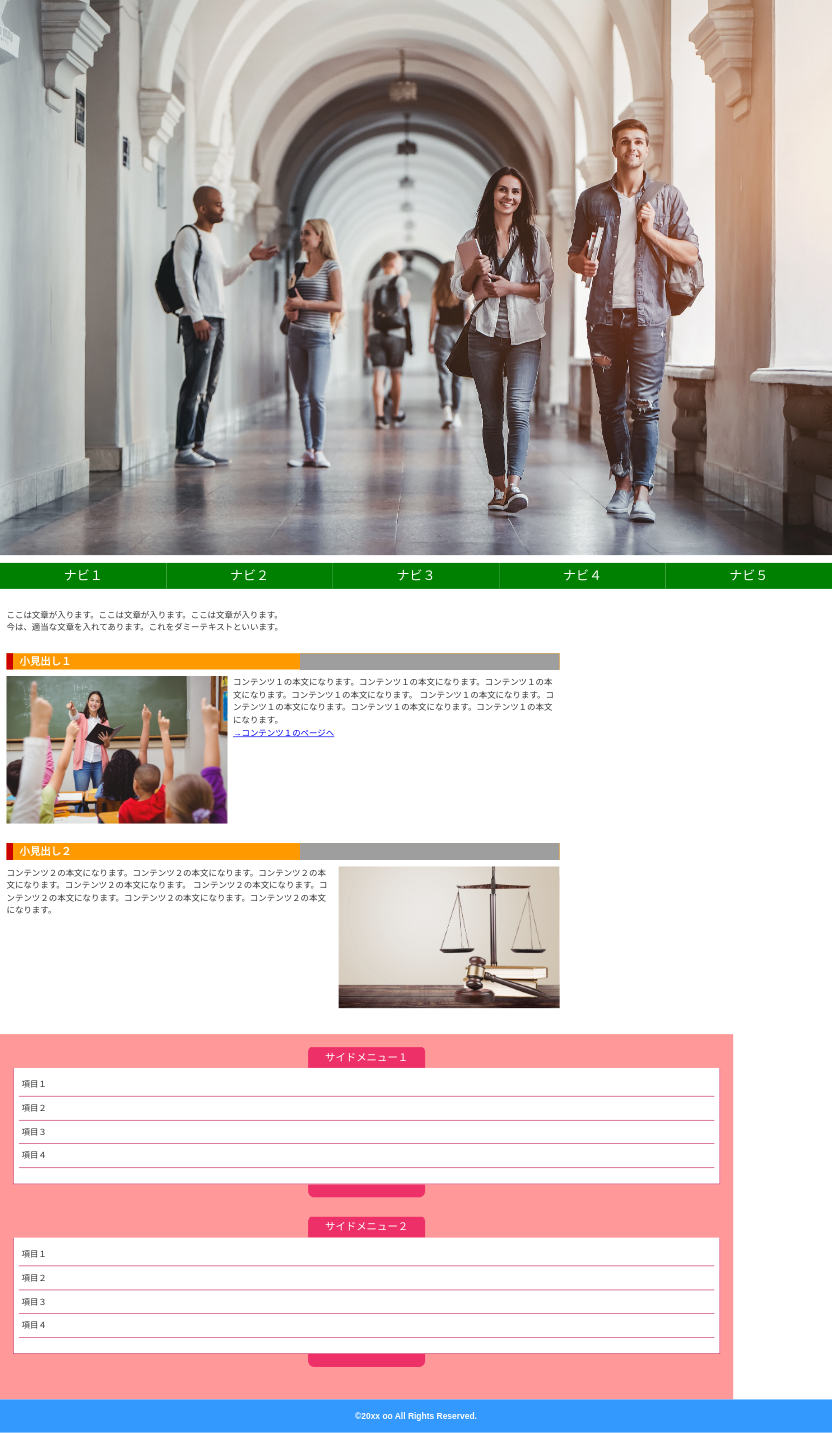
Repository: lee0713/samurai_HTML-CSS
Page: home.html
The author's editor kept a record of every edit. The page is drawn from the files as they stood at one moment, then again after the next edit.
The browser window is 1280 px wide. The pictures show the whole page, at 65% of full size.
Pictures or frames that could not be fetched are drawn as grey boxes.

Above is the page before.

### home.html
<!DOCTYPE html>
<html lang="ja">
  <head>
    <meta charset="UTF-8">
    <title>HTML/CSSの学習</title>
    <link rel="stylesheet" href="stylesheet.css">
  </head>
  <body>
      <div id="header">
          <h1><a href="index.html"><img id="corridor" src="images/corridor.jpg" alt="大学の廊下"/></a></h1>
      </div>
      <div id="wrapper">
        <div id="nav">
            <ul>
                <li><a href="home.html">ナビ１</a></li>
                <li><a href="#">ナビ２</a></li>
                <li><a href="#">ナビ３</a></li>
                <li><a href="#">ナビ４</a></li>
                <li><a href="#">ナビ５</a></li>
            </ul>
        </div>
        <div id="container">
            <div id="main">
                <div class="post">
                    <p>ここは文章が入ります。ここは文章が入ります。ここは文章が入ります。<br/>今は、適当な文章を入れてあります。これをダミーテキストといいます。</p>
                </div>
                <div class="post clearfix">
                    <h2>小見出し１</h2>
                    <img class="left"src="images/classroom.jpg" alt="授業風景"/>
                    <p>
                         コンテンツ１の本文になります。コンテンツ１の本文になります。コンテンツ１の本文になります。コンテンツ１の本文になります。
                         コンテンツ１の本文になります。コンテンツ１の本文になります。コンテンツ１の本文になります。コンテンツ１の本文になります。
                    </p>
                    <p><a href="#">→コンテンツ１のページへ</a></p>
                </div>
                <div class="post clearfix">
                    <h2>小見出し２</h2>
                    <img class="right" src="images/scale.jpg" alt="天秤"/>
                    <p>
                         コンテンツ２の本文になります。コンテンツ２の本文になります。コンテンツ２の本文になります。コンテンツ２の本文になります。
                         コンテンツ２の本文になります。コンテンツ２の本文になります。コンテンツ２の本文になります。コンテンツ２の本文になります。
                    </p>
                </div>
            </div>
        </div>
        <div id="side">
               <div class="box">
                   <h2>サイドメニュー１</h2>
                   <div class="boxBody">
                       <ul>
                           <li>項目１</li>
                           <li>項目２</li>
                           <li>項目３</li>
                           <li>項目４</li>
                       </ul>
                   </div>
               </div>
               <div class="box">
                   <h2>サイドメニュー２</h2>
                   <div class="boxBody">
                       <ul>
                           <li>項目１</li>
                           <li>項目２</li>
                           <li>項目３</li>
                           <li>項目４</li>
                       </ul>
                   </div>
               </div>
           </div>
    <div id="footer">
        <p>&copy;20xx oo All Rights Reserved.</p>
    </div>
  </body>
 </html>

### stylesheet.css
@charset "utf-8";

body {
	margin: 0;
	padding: 0;
	font-family: "ヒラギノ角ゴ Pro W3", "Hiragino Kaku Gothic Pro", "メイリオ", Meiryo, Osaka, "ＭＳ Ｐゴシック", "MS PGothic", sans-serif;
	color: #333;
	font-size: 13px;
	line-height: 150%;
}

/* -------------------- wrapper -------------------- */
#wrapper {
	width: 100%;
	margin: auto;
	padding: 0px;
	border: 0px;
	background-color: #FFF;
	top: 10px;
	position: relative;
}

/* -------------------- header -------------------- */
#header {
	width: 100%;
}
#header h1 {
	margin: 0;
	padding: 0;
}

#corridor {
	width: 100%;
	height: auto;
}

/* -------------------- footer -------------------- */
#footer {
	clear: both;
	width: 100%;
	padding: 3px 0 3px 0;
	background: #39F;
	color: #FFF;
	font-weight: bold;
	text-align: center;
}

/* -------------------- nav -------------------- */
#nav {
	width: 100%;
}
#nav ul {
	display: flex;
	margin: 0;
	padding: 0;
	list-style-type: none;
}
#nav ul li {
	width: 20%;
	text-align: center;
}
#nav ul li a {
	display: block;
	height: 20px;
	margin: 0;
	padding: 10px;
	color: #FFF;
	font-size: 20px;
	text-decoration: none;
	background-color: green;
}

#nav ul li a:hover {
	filter: drop-shadow(10px 10px 10px black);
}

/* -------------------- container -------------------- */
#container {
	width: 100%;
	margin: auto ;
	padding: auto;
	padding-top: 20px;
	clear: both;
	display: grid;
	grid-template-columns: 70vw 30vw;
}
/* -------------------- main -------------------- */
#main {
	float: left;
	width: 95%;
	padding: 10px 30px 10px 10px;
}
#main h2 {
	margin: 0 0 10px 0;
	padding: 3px 10px 3px 10px;
	color: #FFF;
	font-size: 16px;
	border-left: solid 10px #C00;
	background: #F90 url(../images/main_h2.jpg) right top repeat-y;
}
#main p {
	margin: 0;
	padding: 0;
}
#main .post {
	margin: 0 0 30px 0;
}

#main .post img.right {
	margin: 0 0 0 8px;
}
#main .post img.left {
	margin: 0 8px 0 0;
}

.right {
	float: right;
	width: 40%;
	height: auto;
}
.left {
	float: left;
	width: 40%;
	height: auto;
}

/* -------------------- clearfix -------------------- */
.clearfix {
	zoom: 1;
}
.clearfix:after{
	content: "";
	display: block;
	clear: both;
}

/* -------------------- side -------------------- */
#side {
	width: 85%;
	padding: 20px;
	background-color: #F99;
}
#side .box {
	margin: 0 auto 30px auto;
	padding: 0 0 20px 0;
	background: url(images/side_box.png) bottom no-repeat;
}
#side .box h2 {
	margin: 0;
	padding: 8px;
	text-align: center;
	color: #fff;
	font-size: 16px;
	line-height: 16px;
	font-weight: normal;
	background: url(images/side_box_h2.png) center no-repeat;
}
#side .box .boxBody {
	padding: 8px;
	border-right: solid 1px #C36;
	border-bottom: solid 1px #C36;
	border-left: solid 1px #C36;
	background: #fff;
}
#side .box .boxBody ul {
	margin: 0 0 16px 0;
	padding: 0;
}
#side .box .boxBody ul li {
	padding: 8px 0 8px 4px;
	list-style: none;
	border-bottom: solid 1px #C36;
}

#side .box .boxBody ul li:hover {
	padding: 8px 0 8px 4px;
	list-style: none;
	border-bottom: solid 1px #C36;
	box-shadow: 0px 4px 4px rgba(0, 0, 0, 0.3);
}

After the next edit:
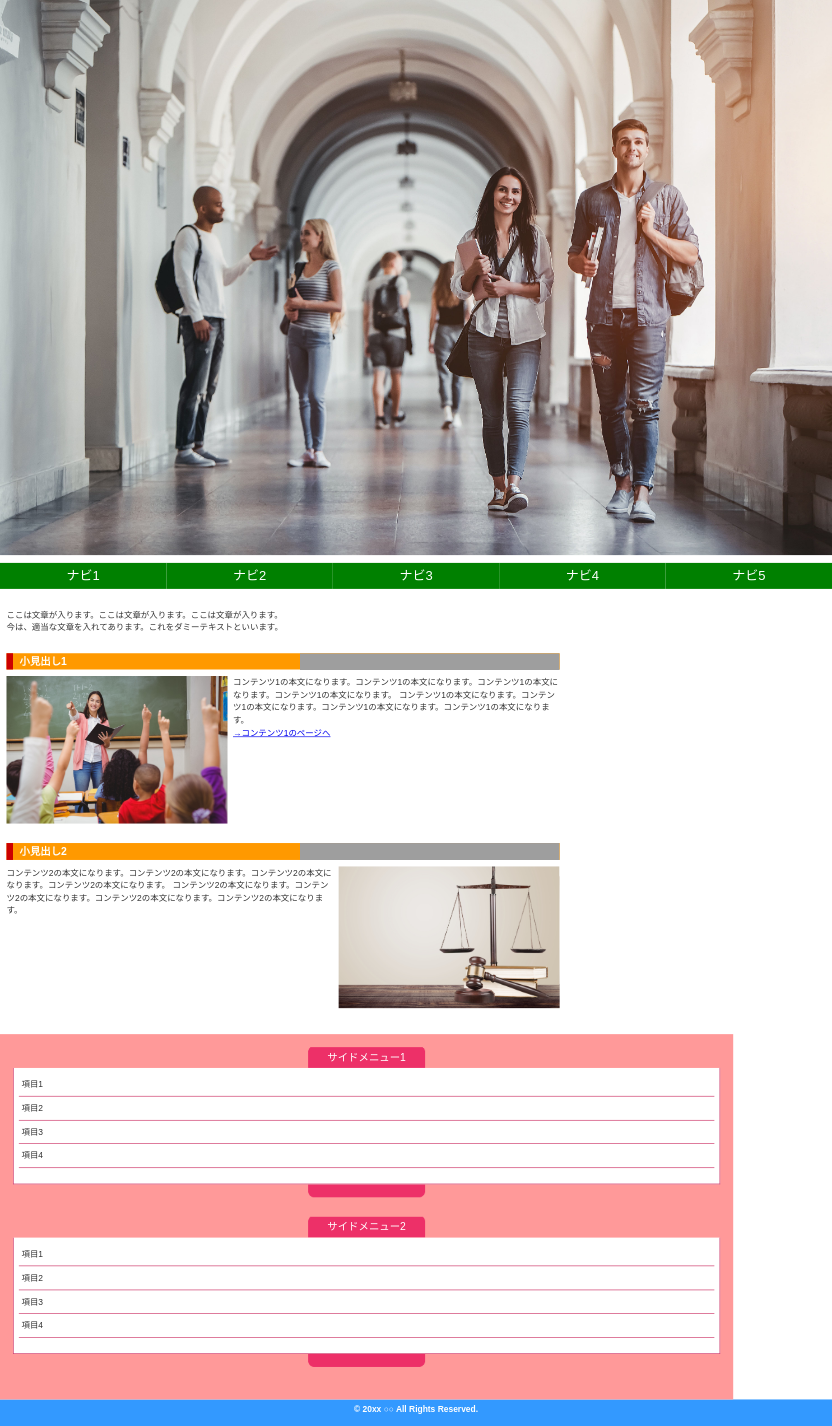
The edit:
--- a/home.html
+++ b/home.html
@@ -1,74 +1,76 @@
 <!DOCTYPE html>
 <html lang="ja">
-  <head>
-    <meta charset="UTF-8">
-    <title>HTML/CSSの学習</title>
-    <link rel="stylesheet" href="stylesheet.css">
-  </head>
-  <body>
-      <div id="header">
-          <h1><a href="index.html"><img id="corridor" src="images/corridor.jpg" alt="大学の廊下"/></a></h1>
-      </div>
-      <div id="wrapper">
-        <div id="nav">
-            <ul>
-                <li><a href="home.html">ナビ１</a></li>
-                <li><a href="#">ナビ２</a></li>
-                <li><a href="#">ナビ３</a></li>
-                <li><a href="#">ナビ４</a></li>
-                <li><a href="#">ナビ５</a></li>
-            </ul>
+    <head>
+        <meta charset="UTF-8">
+        <title>HTML/CSSの学習</title>
+        <link rel="stylesheet" href="stylesheet.css">
+    </head>
+    <body>
+        <div id="header">
+            <h1><a href="index.html"><img id="corridor" src="images/corridor.jpg" alt="大学の廊下" /></a></h1>
         </div>
-        <div id="container">
-            <div id="main">
-                <div class="post">
-                    <p>ここは文章が入ります。ここは文章が入ります。ここは文章が入ります。<br/>今は、適当な文章を入れてあります。これをダミーテキストといいます。</p>
+        <div id="wrapper">
+            <div id="nav">
+                <ul>
+                    <li><a href="home.html">ナビ1</a></li>
+                    <li><a href="#">ナビ2</a></li>
+                    <li><a href="#">ナビ3</a></li>
+                    <li><a href="#">ナビ4</a></li>
+                    <li><a href="#">ナビ5</a></li>
+                </ul>
+            </div>
+            <div id="container">
+                <div id="main">
+                    <div class="post">
+                        <p>ここは文章が入ります。ここは文章が入ります。ここは文章が入ります。<br />今は、適当な文章を入れてあります。これをダミーテキストといいます。</p>
+                    </div>
+                    <div class="post clearfix">
+                        <h2>小見出し1</h2>
+                        <img class="left" src="images/classroom.jpg" alt="授業風景" />
+                        <p>
+                            コンテンツ1の本文になります。コンテンツ1の本文になります。コンテンツ1の本文になります。コンテンツ1の本文になります。
+                            コンテンツ1の本文になります。コンテンツ1の本文になります。コンテンツ1の本文になります。コンテンツ1の本文になります。
+                        </p>
+                        <p><a href="#">→コンテンツ1のページへ</a></p>
+                    </div>
+                    <div class="post clearfix">
+                        <h2>小見出し2</h2>
+                        <img class="right" src="images/scale.jpg" alt="天秤" />
+                        <p>
+                            コンテンツ2の本文になります。コンテンツ2の本文になります。コンテンツ2の本文になります。コンテンツ2の本文になります。
+                            コンテンツ2の本文になります。コンテンツ2の本文になります。コンテンツ2の本文になります。コンテンツ2の本文になります。
+                        </p>
+                    </div>
                 </div>
-                <div class="post clearfix">
-                    <h2>小見出し１</h2>
-                    <img class="left"src="images/classroom.jpg" alt="授業風景"/>
-                    <p>
-                         コンテンツ１の本文になります。コンテンツ１の本文になります。コンテンツ１の本文になります。コンテンツ１の本文になります。
-                         コンテンツ１の本文になります。コンテンツ１の本文になります。コンテンツ１の本文になります。コンテンツ１の本文になります。
-                    </p>
-                    <p><a href="#">→コンテンツ１のページへ</a></p>
+            </div>
+            <div id="side">
+                <div class="box">
+                    <h2>サイドメニュー1</h2>
+                    <div class="boxBody">
+                        <ul>
+                            <li>項目1</li>
+                            <li>項目2</li>
+                            <li>項目3</li>
+                            <li>項目4</li>
+                        </ul>
+                    </div>
                 </div>
-                <div class="post clearfix">
-                    <h2>小見出し２</h2>
-                    <img class="right" src="images/scale.jpg" alt="天秤"/>
-                    <p>
-                         コンテンツ２の本文になります。コンテンツ２の本文になります。コンテンツ２の本文になります。コンテンツ２の本文になります。
-                         コンテンツ２の本文になります。コンテンツ２の本文になります。コンテンツ２の本文になります。コンテンツ２の本文になります。
-                    </p>
+                <div class="box">
+                    <h2>サイドメニュー2</h2>
+                    <div class="boxBody">
+                        <ul>
+                            <li>項目1</li>
+                            <li>項目2</li>
+                            <li>項目3</li>
+                            <li>項目4</li>
+                        </ul>
+                    </div>
                 </div>
             </div>
         </div>
-        <div id="side">
-               <div class="box">
-                   <h2>サイドメニュー１</h2>
-                   <div class="boxBody">
-                       <ul>
-                           <li>項目１</li>
-                           <li>項目２</li>
-                           <li>項目３</li>
-                           <li>項目４</li>
-                       </ul>
-                   </div>
-               </div>
-               <div class="box">
-                   <h2>サイドメニュー２</h2>
-                   <div class="boxBody">
-                       <ul>
-                           <li>項目１</li>
-                           <li>項目２</li>
-                           <li>項目３</li>
-                           <li>項目４</li>
-                       </ul>
-                   </div>
-               </div>
-           </div>
-    <div id="footer">
-        <p>&copy;20xx oo All Rights Reserved.</p>
-    </div>
-  </body>
- </html>
+        </div>
+        <div id="footer">
+            <p>&copy; 20xx ○○ All Rights Reserved.</p>
+        </div>
+    </body>
+</html>
